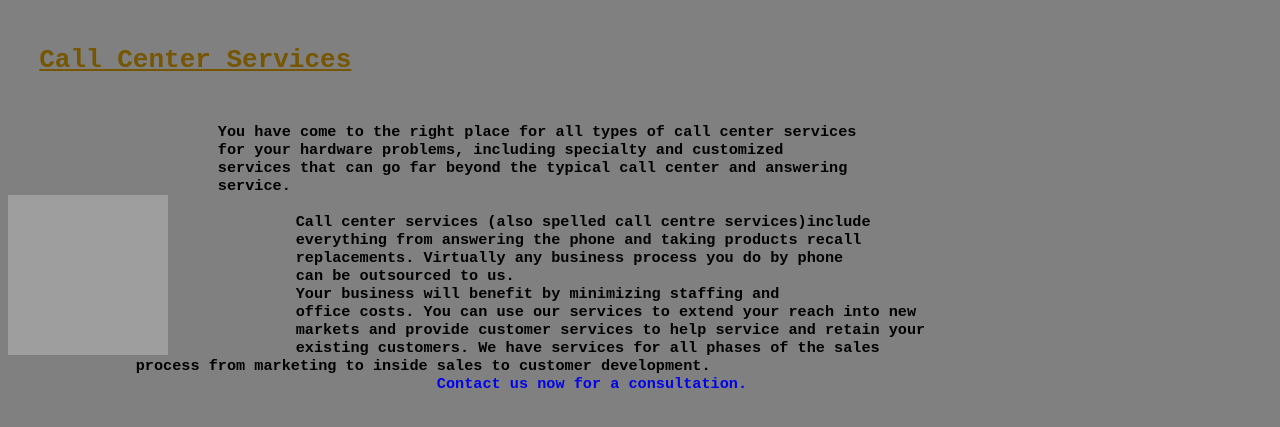
Repository: Ankitr93/CallCenterMgmt
Page: http://localhost/CallCenterManagement/services.jsp
The author's editor kept a copy of each file at every save. The page is drawn from the files as they stood at one save, then again after the next save.
The browser window is 1280 px wide. The pictures show the whole page.
Pictures or frames that could not be fetched are drawn as grey boxes. The page is served by Tomcat 9. Other server files are loaded and not shown.

Above is the page before, as saved 2013-07-07 15:58:09.

### CallCenterManagement/CallCenterManagement1/CallCenterManagement/WebContent/services.jsp
<%@ page language="java" contentType="text/html; charset=ISO-8859-1"
    pageEncoding="ISO-8859-1"%>
<!DOCTYPE html PUBLIC "-//W3C//DTD HTML 4.01 Transitional//EN" "http://www.w3.org/TR/html4/loose.dtd">
<html>
<head>
<meta http-equiv="Content-Type" content="text/html; charset=ISO-8859-1">
<title>Services</title>
</head>

<body bgcolor="grey">
<pre> <h1><font color="#7656">  <u>Call Center Services</u> </font></h1>
</pre>

         <pre><h3><b>                       You have come to the right place for all types of call center services
                       for your hardware problems, including specialty and customized
                       services that can go far beyond the typical call center and answering
                       service.
<a><img src="C:\Users\SHAMIK\CallCenterManagement1\1.jpg" height="160"width="160" align="left"></a>
              Call center services (also spelled call centre services)include
              everything from answering the phone and taking products recall
              replacements. Virtually any business process you do by phone
              can be outsourced to us.
              Your business will benefit by minimizing staffing and
              office costs. You can use our services to extend your reach into new
              markets and provide customer services to help service and retain your
              existing customers. We have services for all phases of the sales
              process from marketing to inside sales to customer development.
                                              <font color=" light red"> Contact us now for a consultation.</font></b></h3></pre>



</body>
</html>

After the next save:
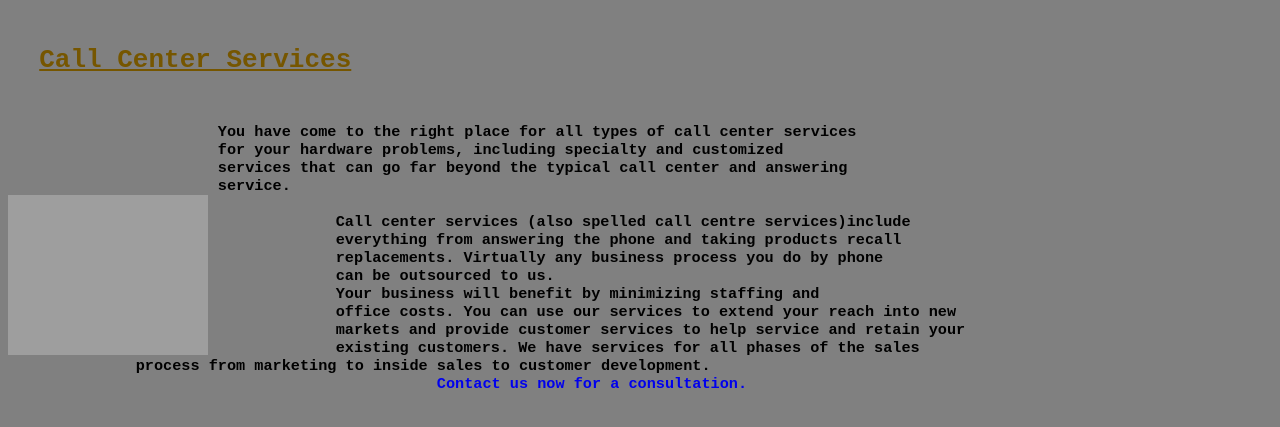
Saved 21 s later.
--- a/CallCenterManagement/CallCenterManagement1/CallCenterManagement/WebContent/services.jsp
+++ b/CallCenterManagement/CallCenterManagement1/CallCenterManagement/WebContent/services.jsp
@@ -15,7 +15,7 @@
                        for your hardware problems, including specialty and customized
                        services that can go far beyond the typical call center and answering
                        service.
-<a><img src="C:\Users\SHAMIK\CallCenterManagement1\1.jpg" height="160"width="160" align="left"></a>
+<a><img src="C:\Users\SHAMIK\CallCenterManagement1\1.jpg" height="160"width="200" align="left"></a>
               Call center services (also spelled call centre services)include
               everything from answering the phone and taking products recall
               replacements. Virtually any business process you do by phone
